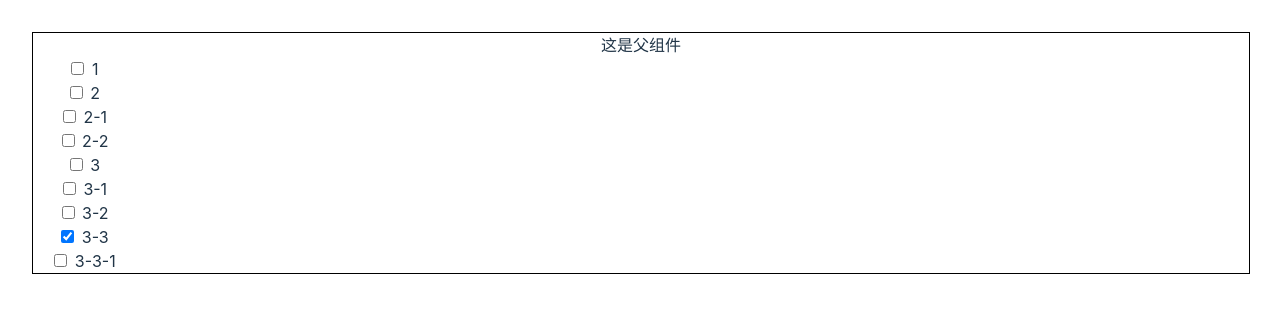
Repository: LeeypOR/management-system
Page: /
These files come from the project's save history. The page is drawn as it stood at one moment and after the next save; the edit follows.
The browser window is 1280 px wide. The pictures show the whole page.
The project was rebuilt for these pictures with package versions that can differ from the ones it lists, and the page was loaded fresh each time. Also part of the build but not shown: vite.config.ts.

Above is the page before, as saved 2023-02-22 16:16:01.
Console error: SyntaxError: Cannot use import statement outside a module

After the next save:
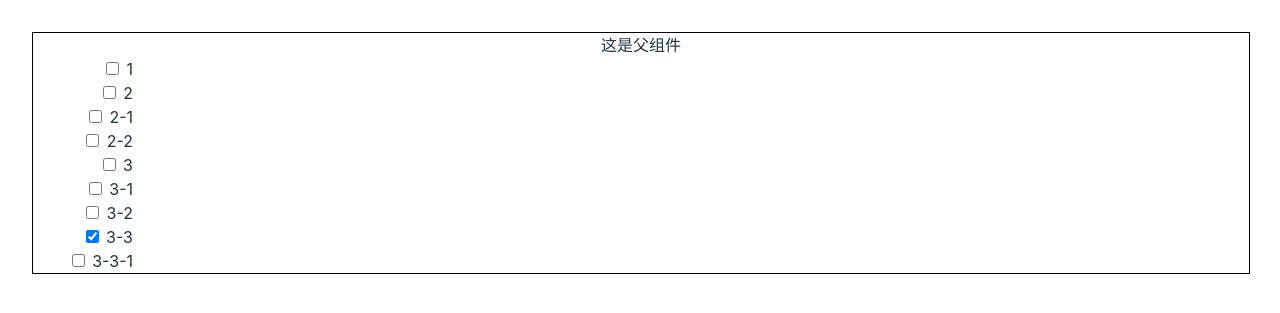
Saved 19 s later.
--- a/src/components/Children1.vue
+++ b/src/components/Children1.vue
@@ -26,5 +26,6 @@ defineProps<{
   .children1{
     width: 100px;
     /* float:right; */
+    text-align: right;
   }
 </style>
